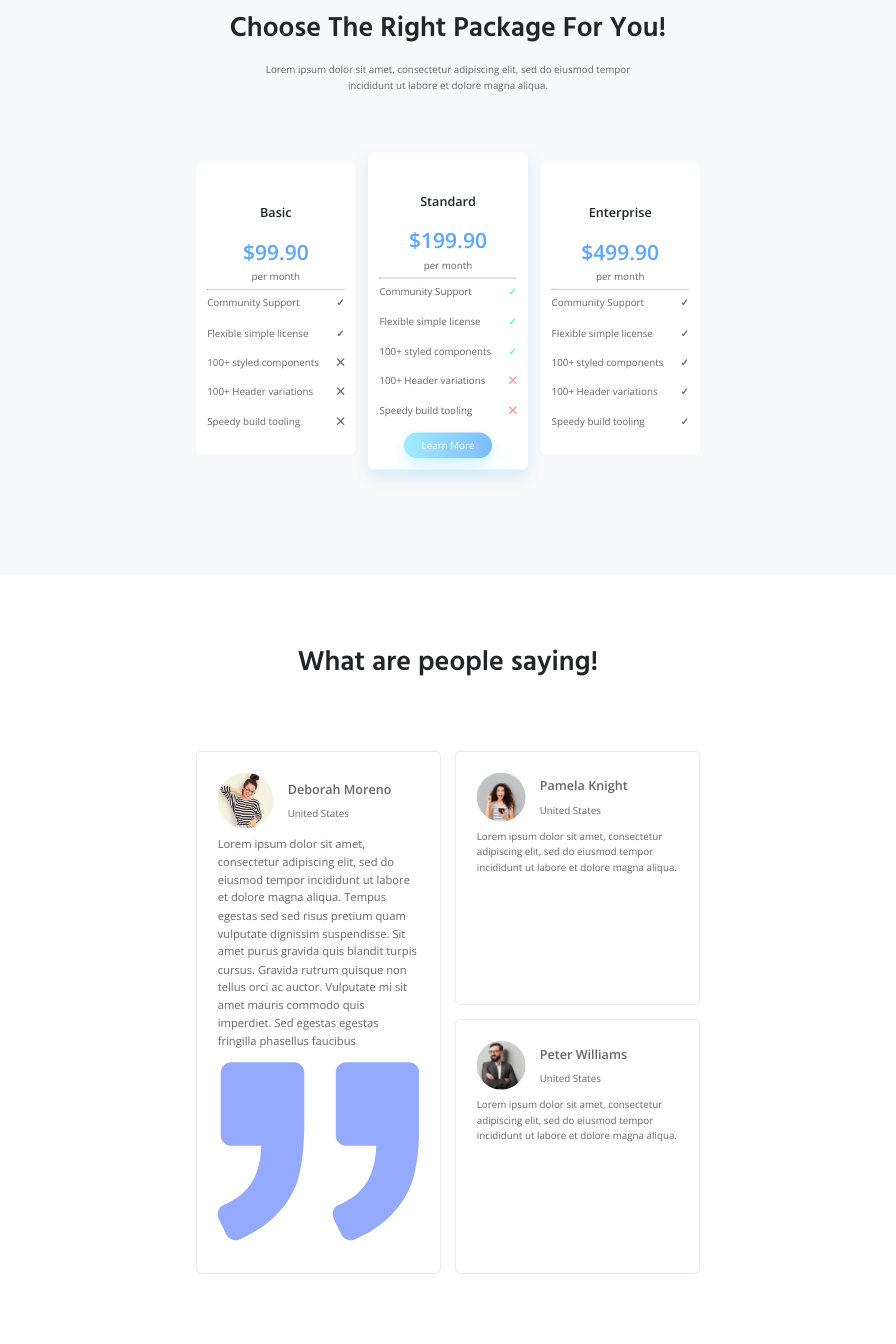
Repository: Sc-Juju/CodeRad
Page: index.html
The author's editor kept a copy of each file at every save. The page is drawn from the files as they stood at one save, then again after the next save.
The browser window is 1280 px wide. The pictures show the part of the page from y = 2494 to 4414 px (the page is 4414 px tall before and 4212 px after), at 70% of full size.

Above is the page before, as saved 2022-11-11 21:59:23.

### index.html
<!DOCTYPE html>
<html>
	<head>
		<meta charset="utf-8" />
		<meta http-equiv="X-UA-Compatible" content="IE=edge" />
		<title>CodeRad</title>
		<meta name="description" content="" />
		<meta name="viewport" content="width=device-width, initial-scale=1" />

		<link
			href="https://fonts.googleapis.com/css2?family=Open+Sans:wght@300;400;600;700&display=swap"
			rel="stylesheet"
		/>
		<link
			href="https://fonts.googleapis.com/css2?family=Hind:wght@300;400;500;600;700&display=swap"
			rel="stylesheet"
		/>

		<link rel="stylesheet" href="./css/default.css" />
		<link rel="stylesheet" href="./css/styles.css" />
		<link rel="stylesheet" href="./css/responsive.css" />
	</head>
	<body>
		<nav class="navbar nav">
			<div class="container">
				<button
					class="navbar-toggler"
					aria-expanded="false"
					aria-controls="navbarDropdown"
				>
					<span>&#9776;</span>
				</button>
				<a class="navbar-brand" href="index.html">CodeRad</a>
				<ul class="navbar-nav">
					<li class="nav-link">
						<a href="#">Home</a>
					</li>

					<li class="nav-link">
						<a href="#">Blog</a>
					</li>
					<li class="nav-link">
						<a href="#">Portfolio</a>
					</li>
					<li class="nav-link">
						<a href="#">Contact</a>
					</li>
				</ul>
			</div>
		</nav>

		<header class="bg-header">
			<div class="container">
				<div class="hero-wrapper">
					<h2 class="hero-header">
						Young in our spirits and <br />
						modern look.
					</h2>
					<a class="btn btn-white" href="#">Learn more</a>
				</div>
			</div>
		</header>
		<!--Why me-->
		<section>
			<div class="container why-me-wrapper">
				<div class="block-text">
					<span>Why choose me</span>
					<h2>
						Meeting Your Needs <br />
						In Website Building
					</h2>
					<p>
						Lorem ipsum dolor sit amet, consectetur adipiscing elit,
						sed do eiusmod tempor incididunt ut labore et dolore
						magna aliqua.
					</p>
					<a href="" class="btn btn-primary">Learn More</a>
				</div>
				<div>
					<img src="./CodeRad-assets/image2.svg" alt="Icon Chart" />
				</div>
			</div>
		</section>
		<!--Services-->
		<section class="bg-contrast">
			<div class="container service-grid">
				<div class="service-card">
					<span class="bg-color-1"></span>
					<div>
						<h3>Branding</h3>
						<p>
							Lorem ipsum dolor sit amet, consectetur adipiscing
							elit, sed do eiusmod tempor incididunt ut labore et
							dolore magna aliqua. Ut morbi tincidunt augue
							interdum velit euismod in pellentesque. Congue
							mauris rhoncus aenean vel.
						</p>
					</div>
				</div>
				<div class="service-card">
					<span class="bg-color-2"></span>
					<div>
						<h3>Design & UX</h3>
						<p>
							Lorem ipsum dolor sit amet, consectetur adipiscing
							elit, sed do eiusmod tempor incididunt ut labore et
							dolore magna aliqua. Ut morbi tincidunt augue
							interdum velit euismod in pellentesque. Congue
							mauris rhoncus aenean vel.
						</p>
					</div>
				</div>
				<div class="service-card">
					<span class="bg-color-3"></span>
					<div>
						<h3>Development</h3>
						<p>
							Lorem ipsum dolor sit amet, consectetur adipiscing
							elit, sed do eiusmod tempor incididunt ut labore et
							dolore magna aliqua. Ut morbi tincidunt augue
							interdum velit euismod in pellentesque. Congue
							mauris rhoncus aenean vel.
						</p>
					</div>
				</div>
				<div class="service-card">
					<span class="bg-color-4"></span>
					<div>
						<h3>User analysis</h3>
						<p>
							Lorem ipsum dolor sit amet, consectetur adipiscing
							elit, sed do eiusmod tempor incididunt ut labore et
							dolore magna aliqua. Ut morbi tincidunt augue
							interdum velit euismod in pellentesque. Congue
							mauris rhoncus aenean vel.
						</p>
					</div>
				</div>
				<div class="service-card">
					<span class="bg-color-5"></span>
					<div>
						<h3>UX Research</h3>
						<p>
							Lorem ipsum dolor sit amet, consectetur adipiscing
							elit, sed do eiusmod tempor incididunt ut labore et
							dolore magna aliqua. Ut morbi tincidunt augue
							interdum velit euismod in pellentesque. Congue
							mauris rhoncus aenean vel.
						</p>
					</div>
				</div>
				<div class="service-card">
					<span class="bg-color-6"></span>
					<div>
						<h3>SEO Service</h3>
						<p>
							Lorem ipsum dolor sit amet, consectetur adipiscing
							elit, sed do eiusmod tempor incididunt ut labore et
							dolore magna aliqua. Ut morbi tincidunt augue
							interdum velit euismod in pellentesque. Congue
							mauris rhoncus aenean vel.
						</p>
					</div>
				</div>
			</div>
		</section>

		<!--Video Demo-->
		<section class="video-demo">
			<div class="container">
				<div class="block-text">
					<h2>Telling Our Story</h2>
					<p>
						Lorem ipsum dolor sit amet, consectetur adipiscing elit,
						sed do eiusmod tempor <br />
						incididunt ut labore et dolore magna aliqua.
					</p>
				</div>
				<div class="video-box">
					<a href="#" class="video-btn">
						<img
							src="./CodeRad-assets/play.svg"
							alt="Play Video Button"
						/>
					</a>
					<img
						src="./CodeRad-assets/demo-video-thumbnail.jpg"
						alt="Video thumbnail"
					/>
				</div>
			</div>
		</section>

		<!--Pricing plans-->
		<section class="bg-contrast">
			<div class="block-text pricing-header">
				<h2>Choose The Right Package For You!</h2>
				<p>
					Lorem ipsum dolor sit amet, consectetur adipiscing elit, sed
					do eiusmod tempor <br />
					incididunt ut labore et dolore magna aliqua.
				</p>
			</div>
			<div class="pricing-table">
				<div class="price-card">
					<h3>Basic</h3>
					<div class="price">$99.90</div>
					<div class="billed">per month</div>
					<hr />
					<ul>
						<li>
							<span class="title">Community Support</span>
							<span class="icon">&#10003;</span>
						</li>
						<li>
							<span class="title">Flexible simple license</span>
							<span class="icon">&#10003;</span>
						</li>
						<li>
							<span class="title">100+ styled components</span>
							<span class="icon">&#10761;</span>
						</li>
						<li>
							<span class="title">100+ Header variations</span>
							<span class="icon">&#10761;</span>
						</li>
						<li>
							<span class="title">Speedy build tooling</span>
							<span class="icon">&#10761;</span>
						</li>
					</ul>
				</div>

				<div class="price-card featured">
					<h3>Standard</h3>
					<div class="price">$199.90</div>
					<div class="billed">per month</div>
					<hr />
					<ul>
						<li>
							<span class="title">Community Support</span>
							<span class="icon checked">&#10003;</span>
						</li>
						<li>
							<span class="title">Flexible simple license</span>
							<span class="icon checked">&#10003;</span>
						</li>
						<li>
							<span class="title">100+ styled components</span>
							<span class="icon checked">&#10003;</span>
						</li>
						<li>
							<span class="title">100+ Header variations</span>
							<span class="icon times">&#10761;</span>
						</li>
						<li>
							<span class="title">Speedy build tooling</span>
							<span class="icon times">&#10761;</span>
						</li>
						<div class="plan-btn-wrapper">
							<a href="" class="btn btn-primary">Learn More</a>
						</div>
					</ul>
				</div>

				<div class="price-card">
					<h3>Enterprise</h3>
					<div class="price">$499.90</div>
					<div class="billed">per month</div>
					<hr />
					<ul>
						<li>
							<span class="title">Community Support</span>
							<span class="icon">&#10003;</span>
						</li>
						<li>
							<span class="title">Flexible simple license</span>
							<span class="icon">&#10003;</span>
						</li>
						<li>
							<span class="title">100+ styled components</span>
							<span class="icon">&#10003;</span>
						</li>
						<li>
							<span class="title">100+ Header variations</span>
							<span class="icon">&#10003;</span>
						</li>
						<li>
							<span class="title">Speedy build tooling</span>
							<span class="icon">&#10003;</span>
						</li>
					</ul>
				</div>
			</div>
		</section>

		<!--Testimonials-->
		<section class="testimonials">
			<div class="block-text">
				<h2>What are people saying!</h2>
			</div>
			<div class="testimonial-grid">
				<div class="testimonial-card lg">
					<div class="top">
						<img
							src="./CodeRad-assets/1.png"
							alt=""
							class="profile"
						/>
						<div class="top-info">
							<h4>Deborah Moreno</h4>
							<span>United States</span>
						</div>
					</div>
					<div class="bottom">
						<p>
							Lorem ipsum dolor sit amet, consectetur adipiscing
							elit, sed do eiusmod tempor incididunt ut labore et
							dolore magna aliqua. Tempus egestas sed sed risus
							pretium quam vulputate dignissim suspendisse. Sit
							amet purus gravida quis blandit turpis cursus.
							Gravida rutrum quisque non tellus orci ac auctor.
							Vulputate mi sit amet mauris commodo quis imperdiet.
							Sed egestas egestas fringilla phasellus faucibus
						</p>
						<span>
							<img
								src="./CodeRad-assets/quote-colored.svg"
								alt="quote"
								class="quote"
							/>
						</span>
					</div>
				</div>

				<div class="testimonial-card md">
					<div class="top">
						<img
							src="./CodeRad-assets/2.png"
							alt=""
							class="profile"
						/>
						<div class="top-info">
							<h4>Pamela Knight</h4>
							<span>United States</span>
						</div>
					</div>
					<div class="bottom">
						<p>
							Lorem ipsum dolor sit amet, consectetur adipiscing
							elit, sed do eiusmod tempor incididunt ut labore et
							dolore magna aliqua.
						</p>
					</div>
				</div>

				<div class="testimonial-card md">
					<div class="top">
						<img
							src="./CodeRad-assets/3.png"
							alt=""
							class="profile"
						/>
						<div class="top-info">
							<h4>Peter Williams</h4>
							<span>United States</span>
						</div>
					</div>
					<div class="bottom">
						<p>
							Lorem ipsum dolor sit amet, consectetur adipiscing
							elit, sed do eiusmod tempor incididunt ut labore et
							dolore magna aliqua.
						</p>
					</div>
				</div>
			</div>
		</section>
	</body>
</html>

### css/default.css
:root{
    --white:#fff;
    --black: #000;
    --font-color-base:#666;
    --font-color-dark:#212529;
    --font-color-light:#b0aebe;
    --font-color-link:#57a6ff;
    --footer:#34314b;
    --footer-base:2e2b45;
    --contrast:rgba(246, 248, 249, 0.8);
    --success: #64ecf5;
    --danger:#ff8b8d;
    --grad-1:#a1ecff;
    --grad-2:#7dbcff;


    --size-10:0.625rem;
    --size-14:0.875rem;
    --size-16:1rem;
    --size-18:1.125rem;
    --size-20:1.25rem;
    --size-30:1.875rem;
    --size-40:2.5rem;
    --size-50:3.125rem;
    --size-100:6.25rem;
    --size-150:9.375rem;
}
body{
    font-family:"Open Sans", sans-serif;
    font-weight: 400;
    font-size:0.875rem;
    line-height: 1.6;
    letter-spacing: 0;
    color: var(--font-color-base);
    margin:0;
    padding:0;
}
*,
::after,
::before{
    box-sizing: border-box;
}
ul{
    padding:0;
    margin:0;
    list-style: none;
}
a {text-decoration: none;}
p {margin-top:0;}
h2{
    font-size:1.75rem;
    font-weight:500;
    line-height:1.2;
}
img {
    width:100%;
    max-width:100%;
    vertical-align:middle;
    border-style: none;
}
.container{
    width: 100%;
    padding-left:15px;
    padding-right:15px;
    margin-right:auto;
    margin-left:auto;
}

.btn{
    display: inline-block;
    font-weight: 400;
    color: var(--font-color-dark);
    text-align: center;
    cursor: pointer;
    user-select: none;
    background-color: transparent;
    border: 1px solid transparent;
    padding: .375rem .75rem;
    border-radius:1.25rem;
    transition: ease-in-out .3s;
}
.btn-primary{
    background-image: linear-gradient(90deg, var(--grad-1)0%, var(--grad-2)100%);
    border: 1px var(--grad-1);
    box-shadow: 0 10px 20px rgba(161, 236, 255, .5);
    transition: ease-in-out .3s;
    color: var(--white);
    padding: .4375rem 1.5625rem;
}

.btn-white{
    background-color: var(--white);
    color: var(--font-color-link);
    box-shadow: 0px 10px 20px rgba(255, 255, 255, .35);
    padding: .475rem 1.75rem;
}

@media (min-width:1200px){
    .container{ max-width: 1140px; }
}
@media (min-width:768px){
    .pricing-table,
    .testimonial-grid{max-width:720px;}
}

### css/styles.css
.navbar{
    position: fixed;
    top: 0;
    right: 0;
    left: 0;
    z-index: 200;
    transition: ease-in-out .3s;
}
[aria-controls="navbarDropdown"]{
    display:none;
}
.navbar-nav{
    display: flex;
    align-items: center;
}
.navbar .container{
    display: flex;
    align-items: center;
}
.navbar-brand{
    margin-right:auto;
    font-size: 2rem;
    font-weight: 700;
    width: 100%;
    transition: ease-in-out .3s;
    color: var(--white);

}
.bg-header,
.video-demo{
    background-color: var(--footer);
    background-repeat: no-repeat;
    background-size: cover;
    background-position:50% 20%;
    position: relative;
    z-index: 1;
    padding: 4.6875rem 0;
}
.bg-header{background-image: url(../CodeRad-assets/bg-header-1.jpg);}
.video-demo{background-image: url(../CodeRad-assets/bg-demo.jpg);}
.bg-header::before{
    background-image: linear-gradient(30deg,
    rgba(21,27,38, .8)0%,
    rgba(0,0,0,.2)100%);
    position: absolute;
    content:"";
    top: 0;
    left: 0;
    right: 0;
    bottom: 0;
    width: 100%;
    height: 100%;
    z-index: -1;
}
.nav-link a{
    color: var(--white);
    font-size: .8125rem;
    font-weight: 600;
    font-family: "Hind", sans-serif;
    text-transform: uppercase;
    margin-right: 2.5rem;
    line-height: 1.25rem;
}
.hero-header{
    color: var(--white);
}
.why-me-wrapper{
    display: flex;
    align-items: center;
}
.why-me-wrapper div{
    flex: 1;
}
.block-text{
    padding-right: var(--size-50);
}
.block-text span{
    color: var(--font-color-dark);
    font-weight: 300;
}
.block-text h2{
    font-size: var(--size-40);
    font-family: "Hind", sans-serif;
    font-weight: 600;
    color: var(--font-color-dark);
    margin-bottom: var(--size-20);
    line-height: 1.3;
    margin-top: 0.5rem;
}
.bg-contrast{
    background-color: var(--contrast);
    padding: var(--size-150) 0;
    margin: 0 auto;
}
.service-grid{
    display: grid;
    grid-template-columns: repeat(auto-fit,minmax(300px, 1fr));
    gap: var(--size-20);
}
.service-card{
    padding: var(--size-30);
    box-shadow: 0 0 10px rgba(48, 63, 100, .15);
    background: white;
    border-radius: 8px;
}
.service-card span{
    width:4.375rem;
    height: 4.375rem;
    background: green;
    display: block;
    float: left;
    margin-right: 15px;
    border-radius: 50%;
    background: var(--font-color-light);
}
span.bg-color-1 {background-image: linear-gradient(90deg, #9ccdf3 0%, #94aafd 100%);}
span.bg-color-2 {background-image: linear-gradient(90deg, #55edc0 0%, #4bdbdb 100%);}
span.bg-color-3 {background-image: linear-gradient(90deg, #fda498 0%, #f58b9e 100%);}
span.bg-color-4 {background-image: linear-gradient(90deg, #f2a7ca 0%, #c289f4 100%);}
span.bg-color-5 {background-image: linear-gradient(90deg, #ffc187 0%, #fe93a7 100%);}
span.bg-color-6 {background-image: linear-gradient(90deg, #a1ecff 0%, #7dbcff 100%);}

.video-demo{text-align: center;}
.video-demo .block-text{padding-right: 0;}

.video-demo .block-text h2,
.video-demo .block-text p{
    color: var(--white);
}

.video-btn{
    position: absolute;
    top: 50%;
    left: 50%;
    transform: translate(-50%, -50%);
    box-shadow: 0 10px 20px rgba(57, 166, 251, .3);
}
.video-btn img{
    height: var(--size-100);
    width: var(--size-100);
}
.video-box{
    position: relative;
    margin-bottom: -9.375rem;
    z-index: 100;
}
.video-box > img{
    max-width: 600px;
    border-radius: 8px;
}
.block-text.pricing-header{
    text-align: center;
    padding-right: 0;
    margin: var(--size-100) 0;
}
.pricing-table{
    display: grid;
    grid-template-columns: repeat(auto-fit, minmax(215px, 1fr));
    gap: var(--size-18);
    margin: auto;
    align-items: flex-start;
}
.price-card{
    background-color:var(--white);
    border-radius: 8px;
    padding: var(--size-16);
}
.price-card .checked{color: var(--success);}
.price-card .times{color: var(--danger);}

.price-card.featured{
    box-shadow: 0 10px 20px rgba(82,179,255,.2);
    margin-top: -1rem;
}
.price-card h3{
    margin-top: var(--size-40);
    font-size: var(--size-18);
    color: var(--font-color-dark);
    font-weight: 600;
}
.plan-card hr{margin: 2rem 0 1rem;}
.price{
    color: var(--font-color-link);
    font-size: var(--size-30);
    font-weight: 600;
}
.price-card h3,
.price-card .price,
.price-card .billed{text-align: center;}

.price-card li{margin-bottom: var(--size-20);}
.price-card .icon{
    float: right;
    font-weight:600;
}
.plan-btn-wrapper{text-align: center;}

.testimonials{ margin: var(--size-100) 0;}

.testimonial-grid{
    display: grid;
    grid-template-columns: repeat(auto-fit, minmax(300px, 1fr));
    grid-template-rows: 1fr 1fr;
    gap: var(--size-20);
    margin: 0 auto;
}

.testimonials .block-text{
    padding-right: 0;
    text-align: center;
    margin: var(--size-100) 0;
}

.testimonial-card{
    border: 1px solid #dedede;
    border-radius: 8px;
    padding: var(--size-30);
}

.testimonial-card.lg{
    grid-row: 1 / 3;
    grid-column: 1 / 2;
}

.testimonial-card.md .bottom p{ font-size: var(--size-14);}

.testimonial-card .top{
    display:flex;
    align-items: center;
    padding-bottom: var(--size-10);
}

.testimonial-card img.profile{
    width: 4.375rem;
    border-radius: 50%;
    margin-right: var(--size-20);
}

.testimonial-card.lg img.profile{ width: 5rem;}

.top h4{
    margin-top: 0;
    margin-bottom: var(--size-10);
    font-weight: 600;
    font-size: var(--size-18);
}

.bottom p{
    margin: 0;
    font-size: var(--size-16);
    line-height: 1.6;
}

Loaded but not shown: css/responsive.css (no copy from this time; the picture is the same without it)

After the next save:
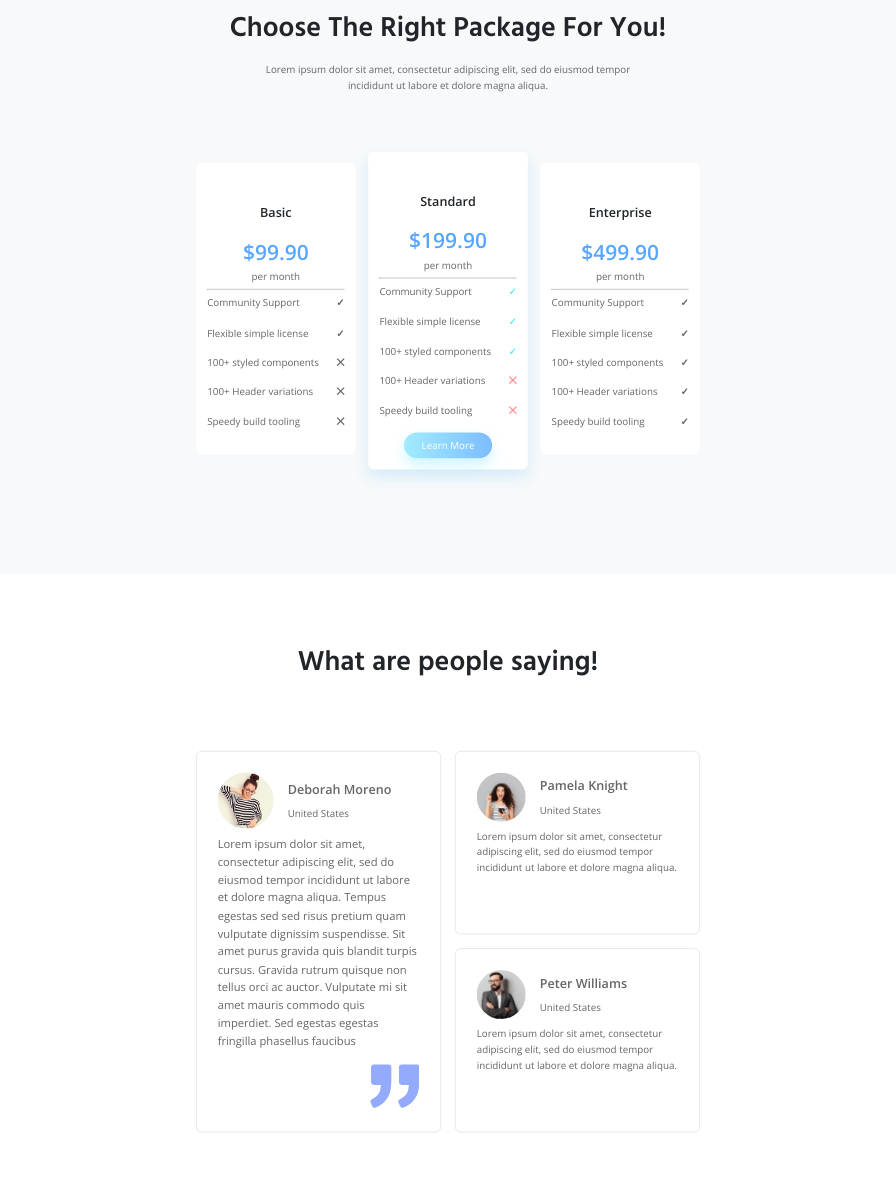
Saved 3 min 46 s later.
--- a/css/styles.css
+++ b/css/styles.css
@@ -250,3 +250,9 @@ span.bg-color-6 {background-image: linear-gradient(90deg, #a1ecff 0%, #7dbcff 10
     font-size: var(--size-16);
     line-height: 1.6;
 }
+
+.testimonial-card.lg .bottom span{
+    width: 4.375rem;
+    float: right;
+    margin-top: var(--size-16);
+}

After the save that followed:
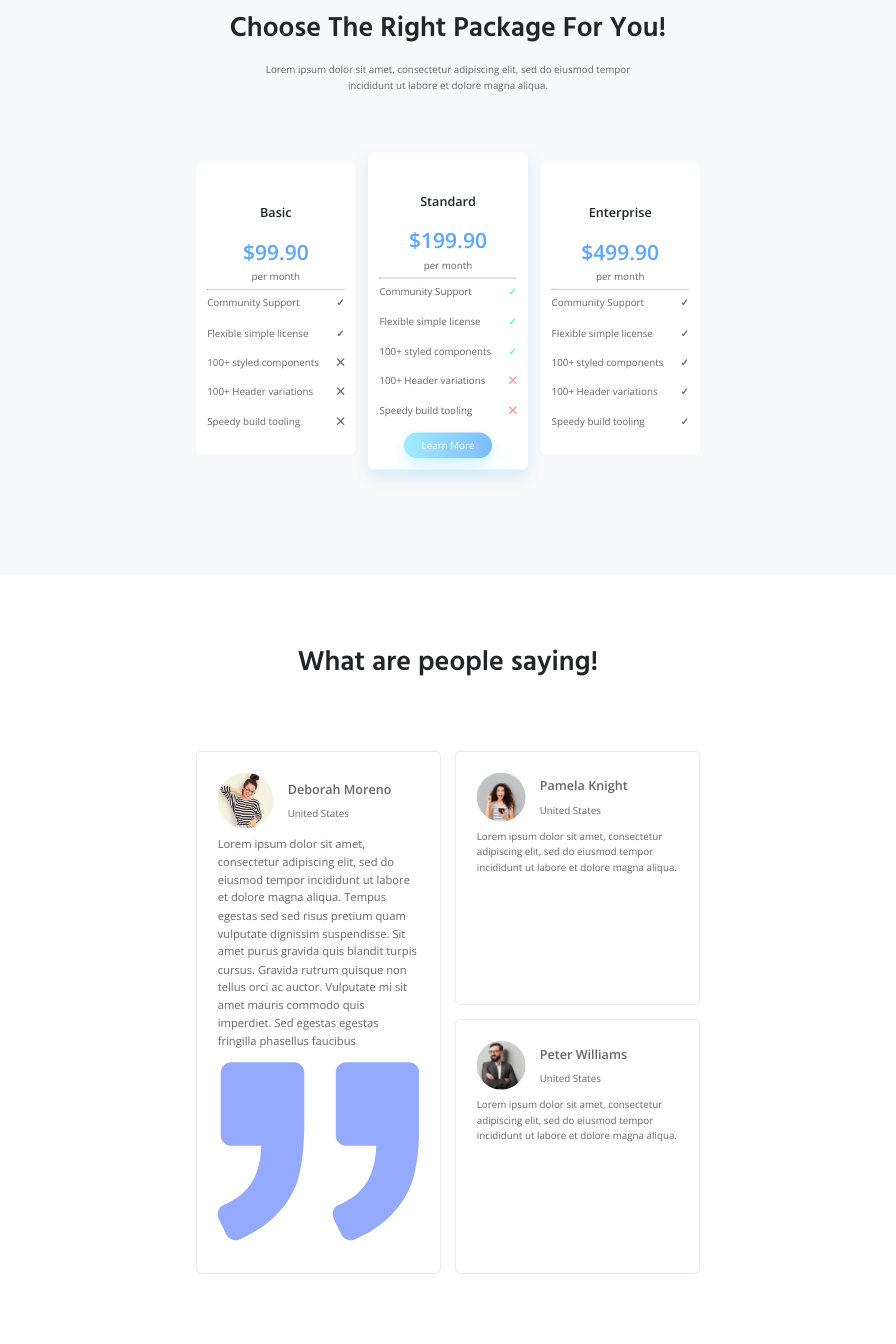
Saved 45 s later.
--- a/css/styles.css
+++ b/css/styles.css
@@ -251,7 +251,7 @@ span.bg-color-6 {background-image: linear-gradient(90deg, #a1ecff 0%, #7dbcff 10
     line-height: 1.6;
 }
 
-.testimonial-card.lg .bottom span{
+.testimonial-card.lg.bottom span{
     width: 4.375rem;
     float: right;
     margin-top: var(--size-16);
